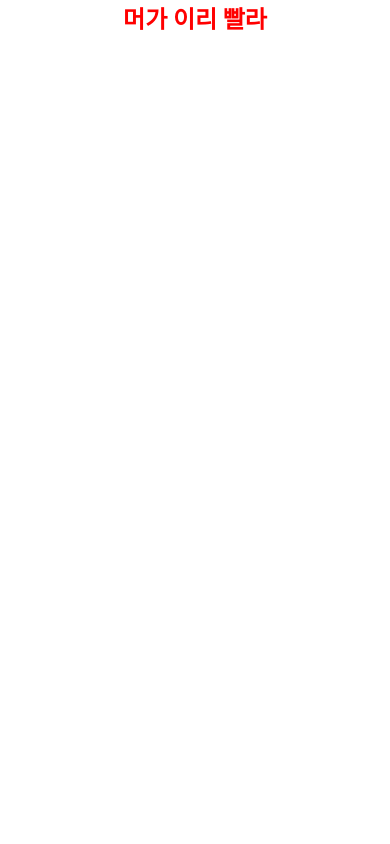
Repository: NewTurn2017/React-Native-Weather-App
Screen: /
The author's editor kept a copy of each file at every save. The screen is drawn from the files as they stood at one save, then again after the next save.
The app was drawn by React Native's web renderer in a window 390 px wide. The project was rebuilt for these pictures with package versions that can differ from the ones it lists, and the page was loaded fresh each time.

Above is the screen before, as saved 2023-04-21 00:26:23.

After the next save:
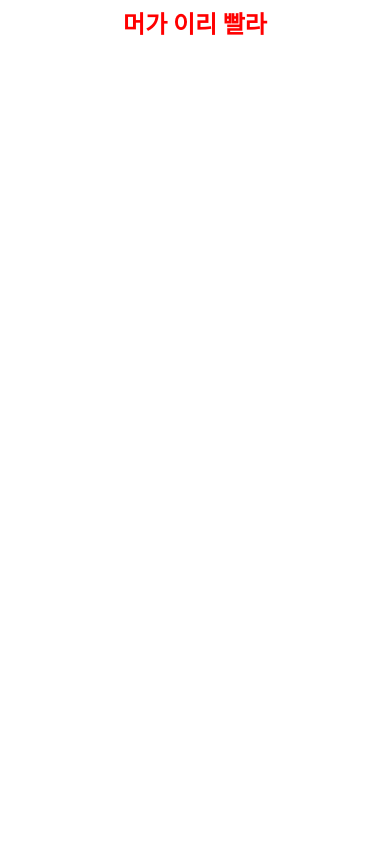
Saved 6 s later.
--- a/App.js
+++ b/App.js
@@ -22,6 +22,6 @@ const styles = StyleSheet.create({
     fontWeight: 'bold',
     color: 'red',
     position: 'absolute',
-    top: 0,
+    top: 5,
   },
 })
